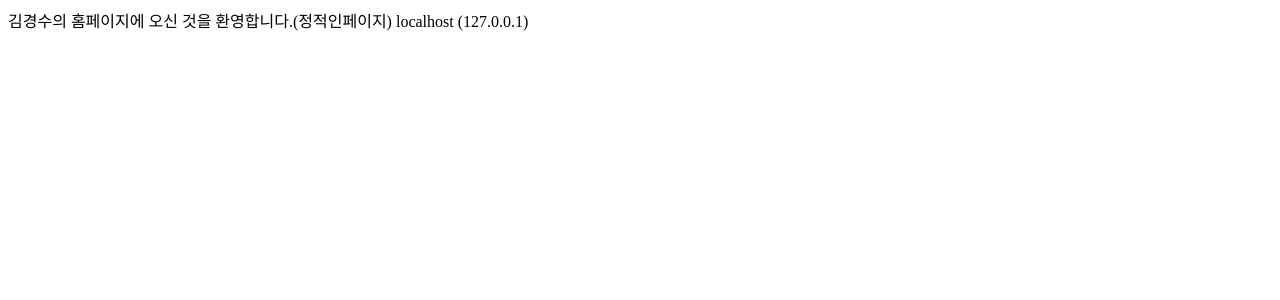
Repository: ainokks071/ServletJSP
Page: WEB/webapp/index.html
The author's editor kept a copy of each file at every save. The page is drawn from the files as they stood at one save, then again after the next save.
The browser window is 1280 px wide. The pictures show the whole page.

Above is the page before, as saved 2023-07-31 07:44:15.

### WEB/webapp/index.html
<!DOCTYPE html>
<html>
<head>
<meta charset="UTF-8">
<title>Insert title here</title>
</head>
<body>

김경수의 홈페이지에 오신 것을 환영합니다.(정적인페이지)
localhost (127.0.0.1)
</body>
</html>

After the next save:
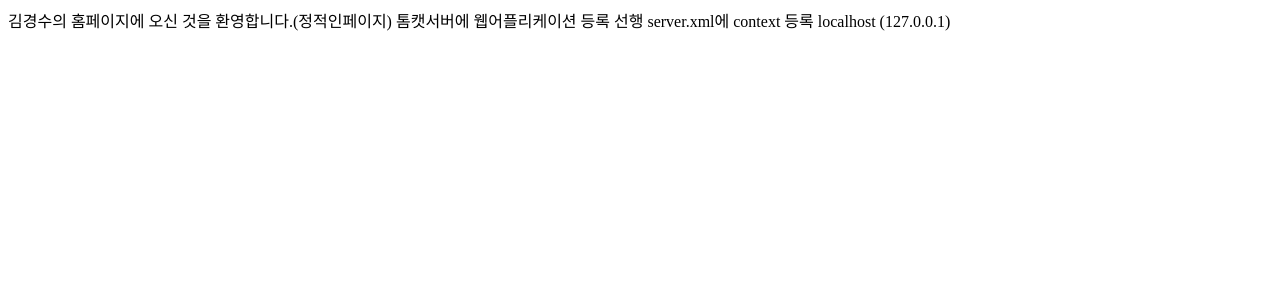
Saved 2 min 18 s later.
--- a/WEB/webapp/index.html
+++ b/WEB/webapp/index.html
@@ -7,6 +7,8 @@
 <body>
 
 김경수의 홈페이지에 오신 것을 환영합니다.(정적인페이지)
+톰캣서버에 웹어플리케이션 등록 선행
+server.xml에 context 등록
 localhost (127.0.0.1)
 </body>
 </html>
